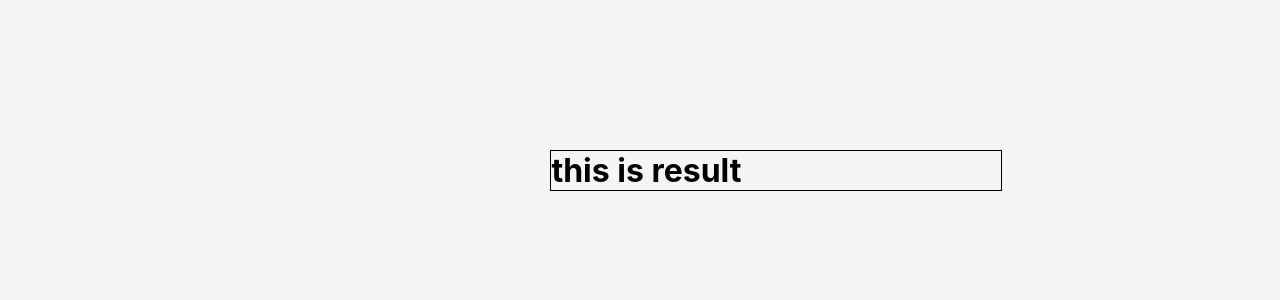
Repository: ehabmelhem/React-Redux--todoapp
Page: /result (app in todoapp/)
The author's editor kept a copy of each file at every save. The page is drawn from the files as they stood at one save, then again after a run of saves.
The browser window is 1280 px wide. The pictures show the whole page.
The project was rebuilt for these pictures with package versions that can differ from the ones it lists, and the page was loaded fresh each time. Also part of the build but not shown: todoapp/src/Compents/Todo.css, todoapp/src/Compents/Todo.js.

Above is the page before, as saved 2021-01-30 19:07:22.

After the next 2 saves:
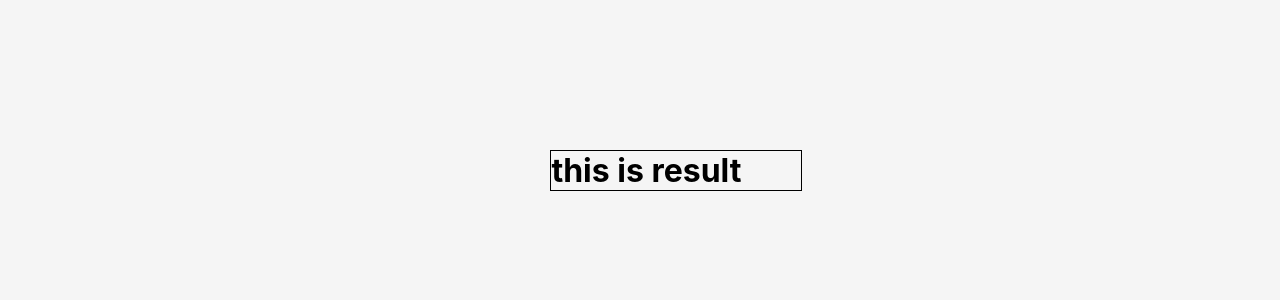
The 2 saves are shown as one change because they came seconds apart.
The last was saved 6 s later.
--- a/todoapp/src/Compents/Result.css
+++ b/todoapp/src/Compents/Result.css
@@ -1,4 +1,4 @@
 .result {
-  width: 450px;
+  width: 250px;
   border: 1px solid black;
 }
